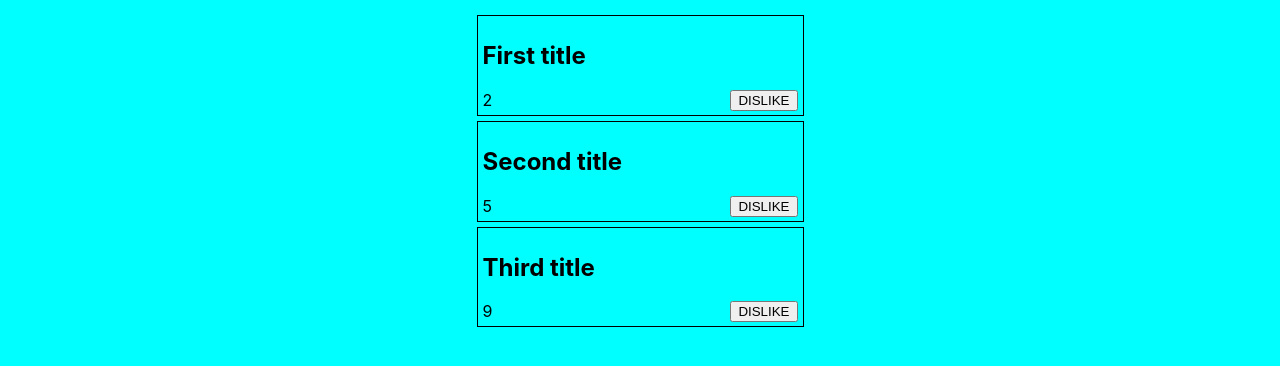
Repository: asapvtec98/egzamin
Page: /
The author's editor kept a copy of each file at every save. The page is drawn from the files as they stood at one save, then again after the next save.
The browser window is 1280 px wide. The pictures show the whole page.
The project was rebuilt for these pictures with package versions that can differ from the ones it lists, and the page was loaded fresh each time.

Above is the page before, as saved 2023-11-14 12:44:50.

### src/App.js
import React from "react";
import Komentarz from "./components/Comment";
import "./App.css";
function App() {
  const comments = [
    {
      title: "First title",
      likes: 2,
      isClicked: true
    },
    {
      title: "Second title",
      likes: 5,
      isClicked: false
    },
    {
      title: "Third title",
      likes: 9,
      isClicked: false
    }
  ]

  const displayComments = comments.map((comment) =>
      <div className="Comment">
        <Komentarz title={comment.title} likes={comment.likes}></Komentarz>
      </div>
  )

  return (
      <div className="App">
        {displayComments}
      </div>
  )
}

export default App;

### src/components/Comment.js
import React, { useState } from "react";
import "./Comment.css";

function Komentarz(props) {
    const [likes, setLike] = useState(true);
    const [count, setCount] = useState(parseInt(props.likes));
    const [show, setShow] = useState(props.isClicked);

    const handleLikes = () => {
        if(!likes) {
            setLike(true);
            setCount(count + 1);
        } else {
            setLike(false);
            setCount(count - 1);
        }


    };

    return(
        <div className="comment">
            <h2>{props.title}</h2>
            <div>
                    <p className="inline" >{count}</p>
                    <button type="button" onClick={() => {
                        setShow(!show)
                        handleLikes();
                    }}>{show === true ? 'LIKE' : 'DISLIKE'}</button>
            </div>
        </div>
    )

}
export default Komentarz;

### src/App.css
body {
  background-color: aqua;
}

.App {
  width: auto;
  padding: 10px;
}

### src/components/Comment.css
.comment {
    border: 1px solid black;
    background-color:aqua;
    margin: auto;
    margin-top: 5px;
    margin-bottom: 5px;
    width: 25%;
    padding: 5px;

}


.inline {
    display: inline;
}

button {
    float: right;
}

Loaded but not shown: public/index.html (common file); src/index.js (common file); src/index.css (common file); src/reportWebVitals.js (common file)

After the next save:
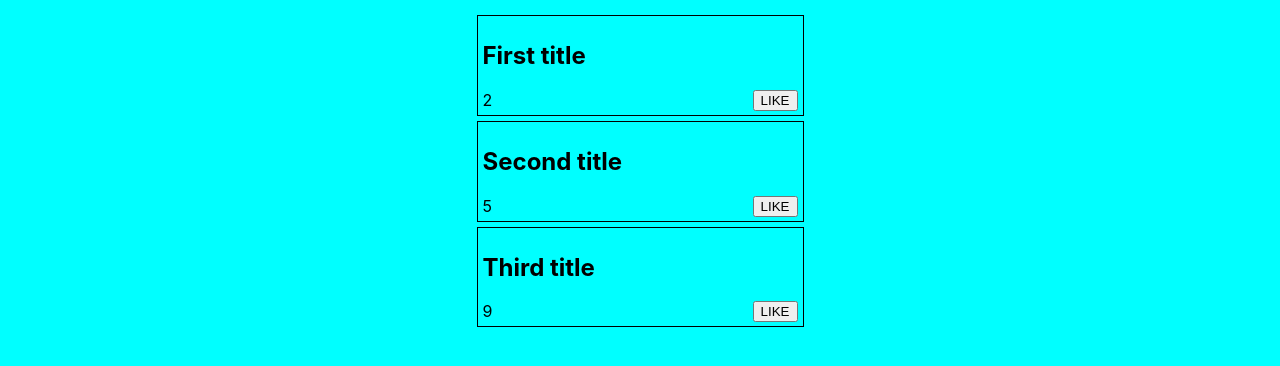
Saved 10 s later.
--- a/src/components/Comment.js
+++ b/src/components/Comment.js
@@ -4,7 +4,7 @@
 function Komentarz(props) {
     const [likes, setLike] = useState(true);
     const [count, setCount] = useState(parseInt(props.likes));
-    const [show, setShow] = useState(props.isClicked);
+    const [show, setShow] = useState(true);
 
     const handleLikes = () => {
         if(!likes) {

After the save that followed:
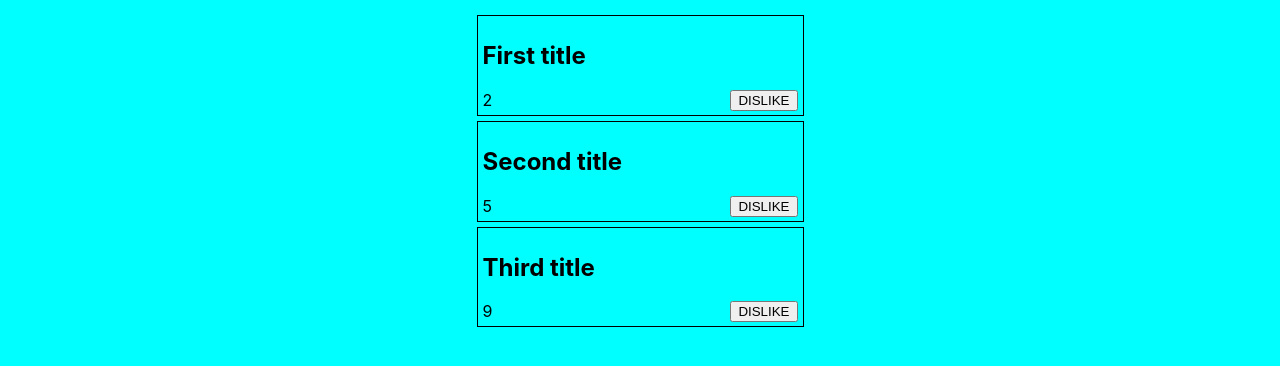
Saved 27 s later.
--- a/src/components/Comment.js
+++ b/src/components/Comment.js
@@ -4,7 +4,7 @@
 function Komentarz(props) {
     const [likes, setLike] = useState(true);
     const [count, setCount] = useState(parseInt(props.likes));
-    const [show, setShow] = useState(true);
+    const [show, setShow] = useState(false);
 
     const handleLikes = () => {
         if(!likes) {
